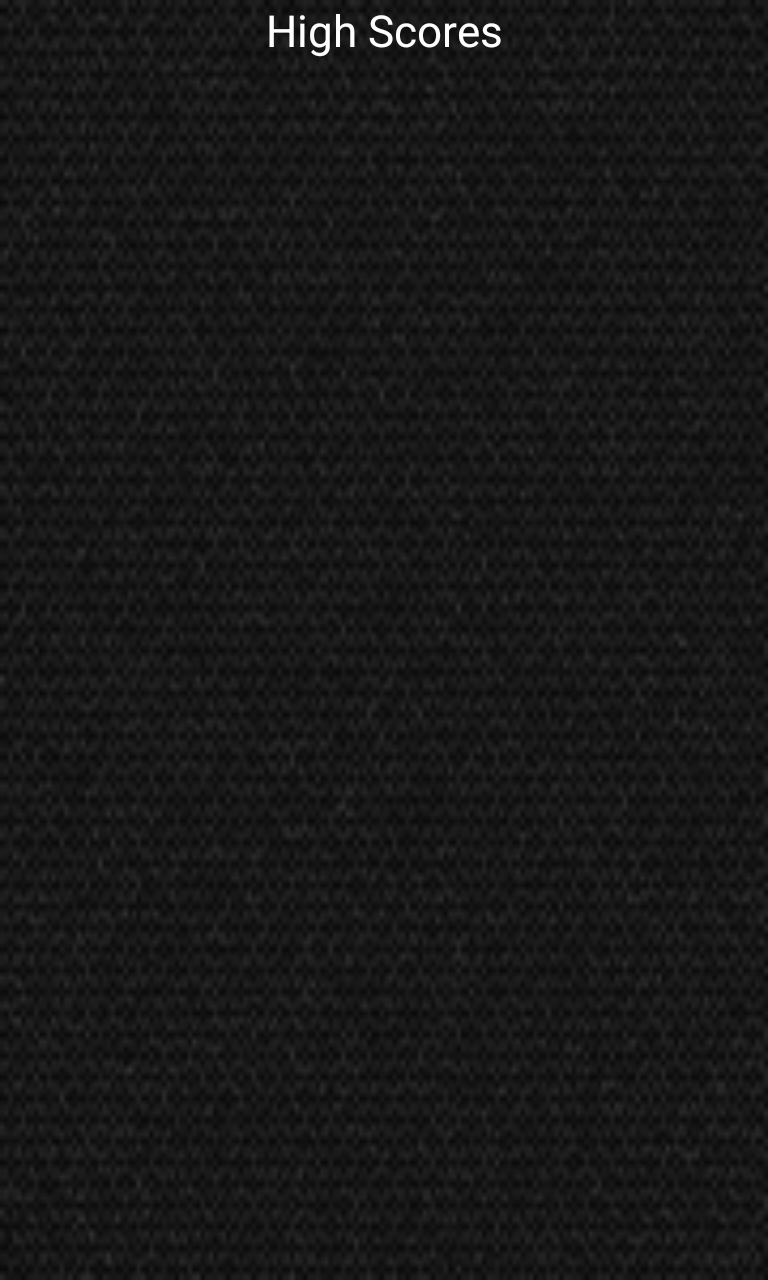
Repository: Tacohen/Killbots
Layout: Killbots/res/layout/high_scores.xml
An editor plug-in stored every save of this project. The layout is shown before and after the next save, followed by the edit.
It is drawn on a 768 x 1280 px phone screen (xhdpi) without system bars, with theme AppTheme; the app's code is not run.

Above is the layout before, as saved 2013-12-08 01:36:06.

### Killbots/res/layout/high_scores.xml
<?xml version="1.0" encoding="utf-8"?>
<LinearLayout xmlns:android="http://schemas.android.com/apk/res/android"
    android:layout_width="match_parent"
    android:layout_height="match_parent"
    android:orientation="vertical"
    android:background="@drawable/binding_dark">

    <TextView
        android:id="@+id/intoText"
        android:layout_width="match_parent"
        android:layout_height="wrap_content"
        android:gravity="center"
        android:text="High Scores"
        android:textAppearance="?android:attr/textAppearanceLarge"
        android:textColor="#FFFFFF" />

    <LinearLayout
        android:layout_width="match_parent"
        android:layout_height="wrap_content" >

        <TextView
        android:id="@+id/nameText"
        android:layout_height="wrap_content"
        android:text="Name"
        android:textAppearance="?android:attr/textAppearanceMedium"
        android:textColor="#FFFFFF" />

        <TextView
        android:id="@+id/scoreText"
        android:layout_height="wrap_content"
        android:text="Score"
        android:textAppearance="?android:attr/textAppearanceMedium"
        android:textColor="#FFFFFF" />
    </LinearLayout>

</LinearLayout>

Loaded but not shown: Killbots/res/values/styles.xml (common file); Killbots/res/values-v11/styles.xml (common file); Killbots/res/values-v14/styles.xml (common file)

After the next save:
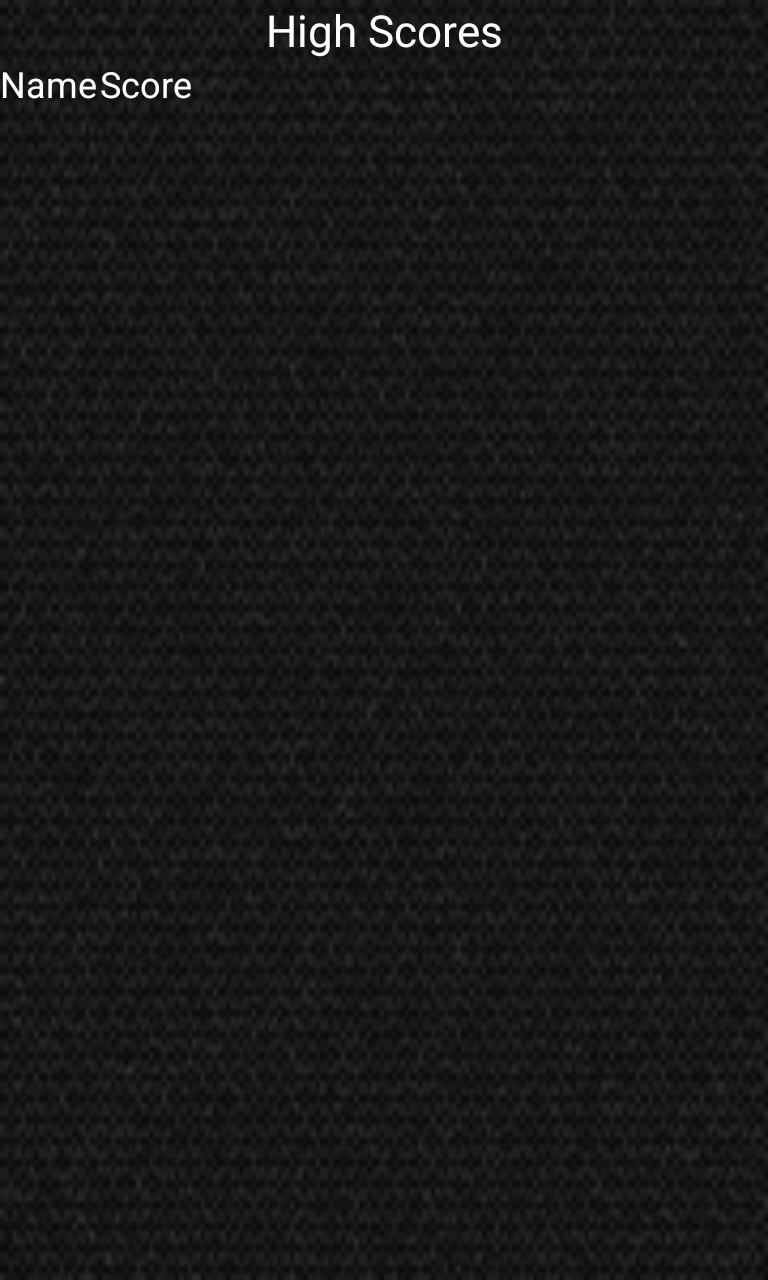
Saved 31 s later.
--- a/Killbots/res/layout/high_scores.xml
+++ b/Killbots/res/layout/high_scores.xml
@@ -19,18 +19,21 @@
         android:layout_height="wrap_content" >
 
         <TextView
-        android:id="@+id/nameText"
-        android:layout_height="wrap_content"
-        android:text="Name"
-        android:textAppearance="?android:attr/textAppearanceMedium"
-        android:textColor="#FFFFFF" />
+            android:id="@+id/nameText"
+            android:layout_width="wrap_content"
+            android:layout_height="wrap_content"
+            android:text="Name	"
+            android:textAppearance="?android:attr/textAppearanceMedium"
+            android:textColor="#FFFFFF" />
 
         <TextView
-        android:id="@+id/scoreText"
-        android:layout_height="wrap_content"
-        android:text="Score"
-        android:textAppearance="?android:attr/textAppearanceMedium"
-        android:textColor="#FFFFFF" />
+            android:id="@+id/scoreText"
+            android:layout_width="wrap_content"
+            android:layout_height="wrap_content"
+            android:text="Score	"
+            android:textAppearance="?android:attr/textAppearanceMedium"
+            android:textColor="#FFFFFF" />
+
     </LinearLayout>
 
 </LinearLayout>

After the save that followed:
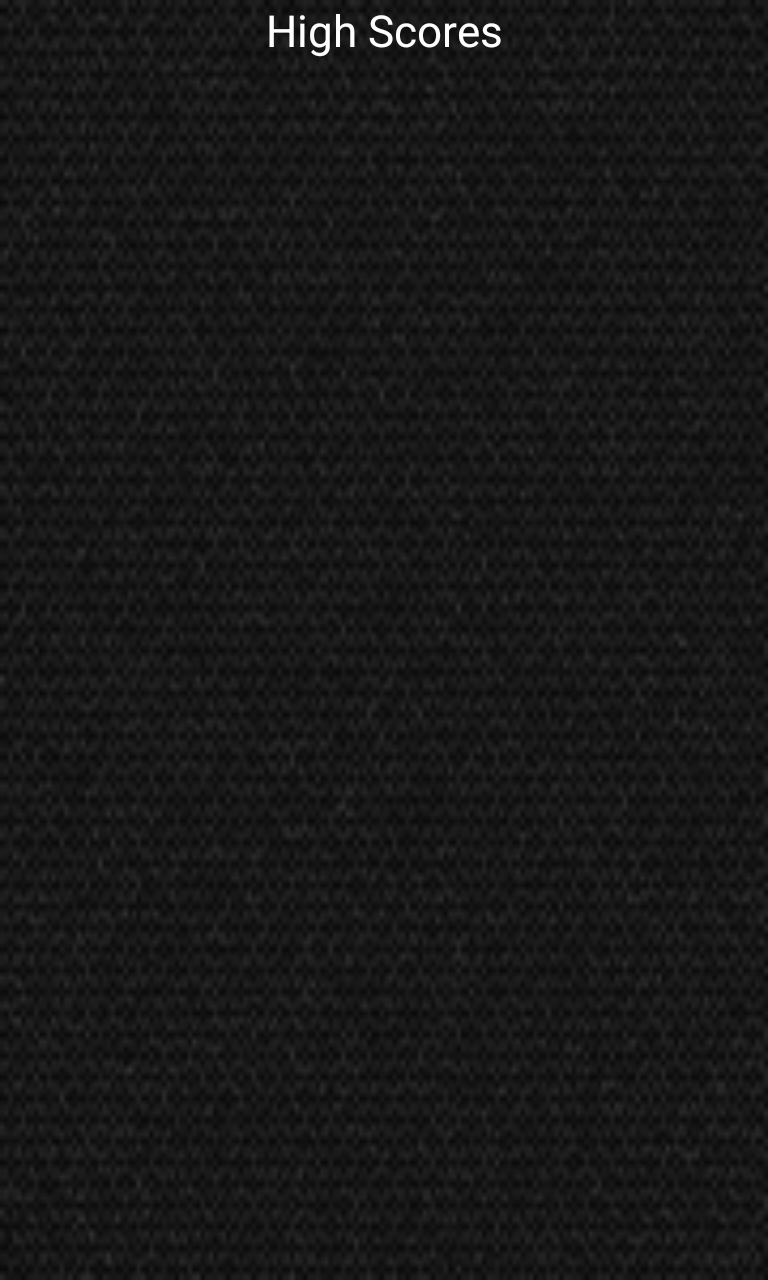
Saved 16 s later.
--- a/Killbots/res/layout/high_scores.xml
+++ b/Killbots/res/layout/high_scores.xml
@@ -20,7 +20,6 @@
 
         <TextView
             android:id="@+id/nameText"
-            android:layout_width="wrap_content"
             android:layout_height="wrap_content"
             android:text="Name	"
             android:textAppearance="?android:attr/textAppearanceMedium"
@@ -28,7 +27,6 @@
 
         <TextView
             android:id="@+id/scoreText"
-            android:layout_width="wrap_content"
             android:layout_height="wrap_content"
             android:text="Score	"
             android:textAppearance="?android:attr/textAppearanceMedium"
